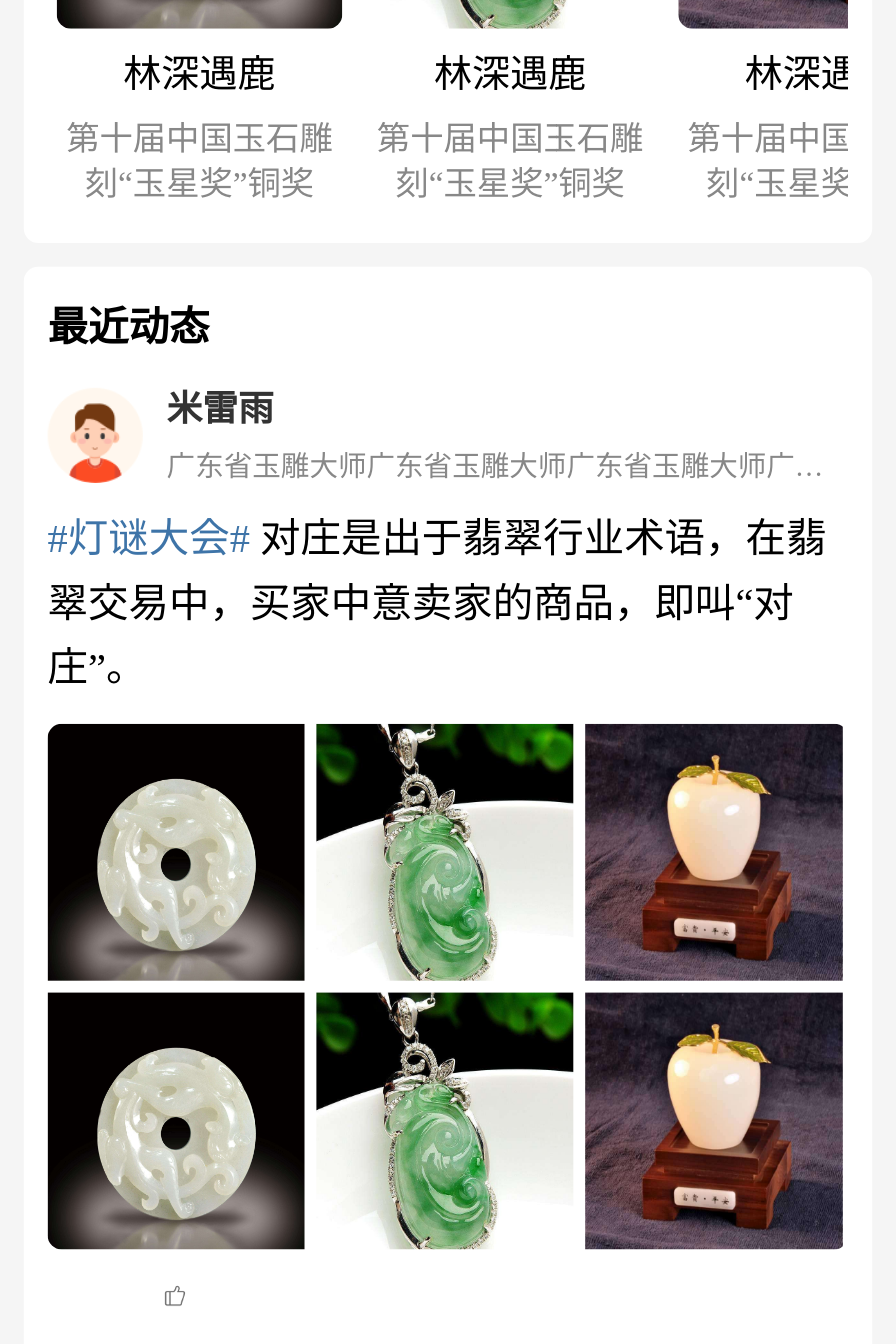
Repository: 1yanglulu/-
Page: html/jadecarvemaincenter.html
An editor plug-in stored every save of this project. The page is shown before and after the next save, followed by the edit.
The browser window is 1280 px wide. The pictures show the part of the page from y = 4580 to 6500 px (the page is 7224 px tall before and 7061 px after), at 70% of full size.

Above is the page before, as saved 2020-01-08 17:24:58.

After the next save:
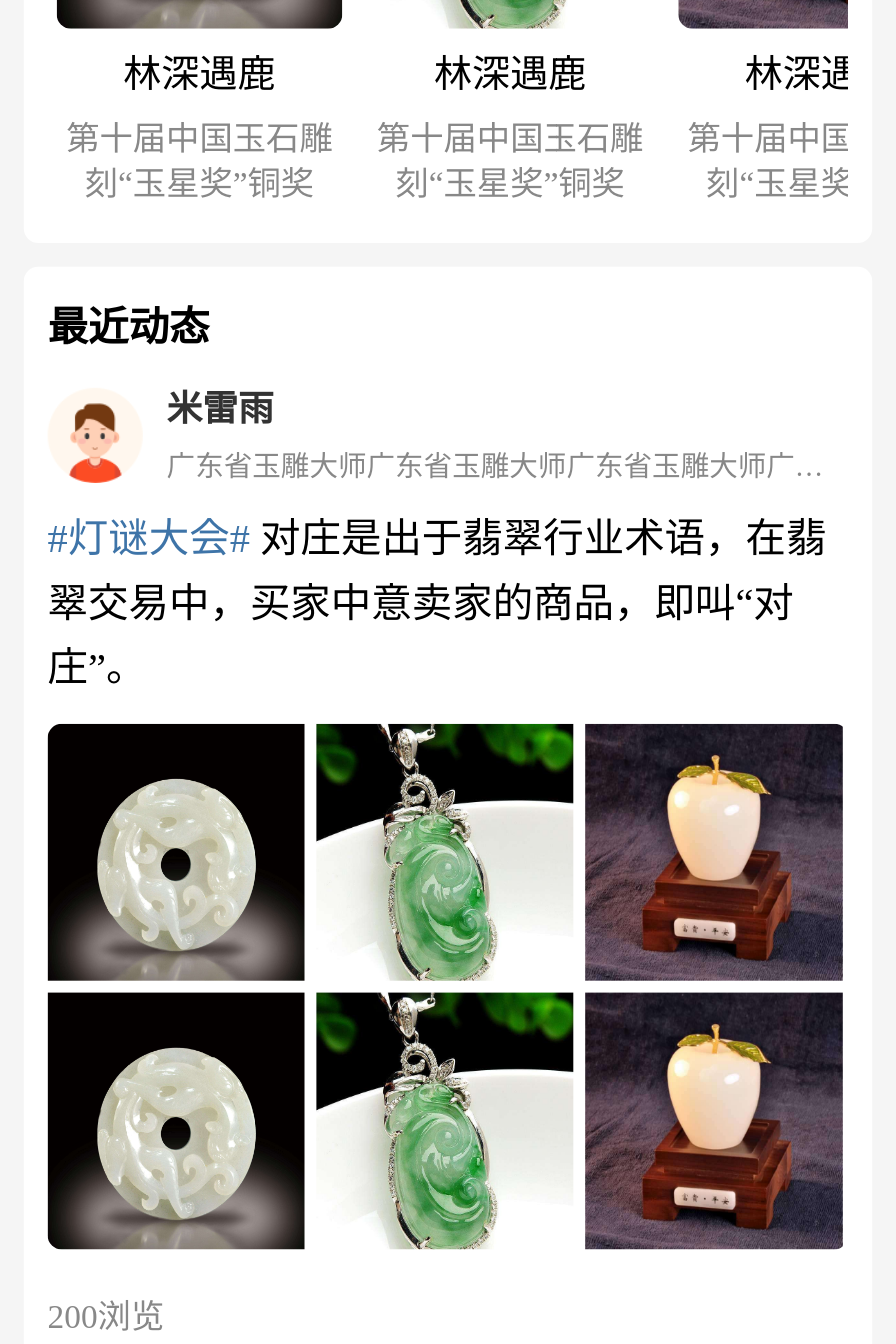
Saved 38 s later.
--- a/css/recentactive.css
+++ b/css/recentactive.css
@@ -143,5 +143,8 @@
   letter-spacing: 0;
 }
 .follow-num{
-  display: inline-block;
+  display: -webkit-box;
+  display: -ms-flexbox;
+  display: -webkit-flex;
+  display: flex;
 }

After the save that followed:
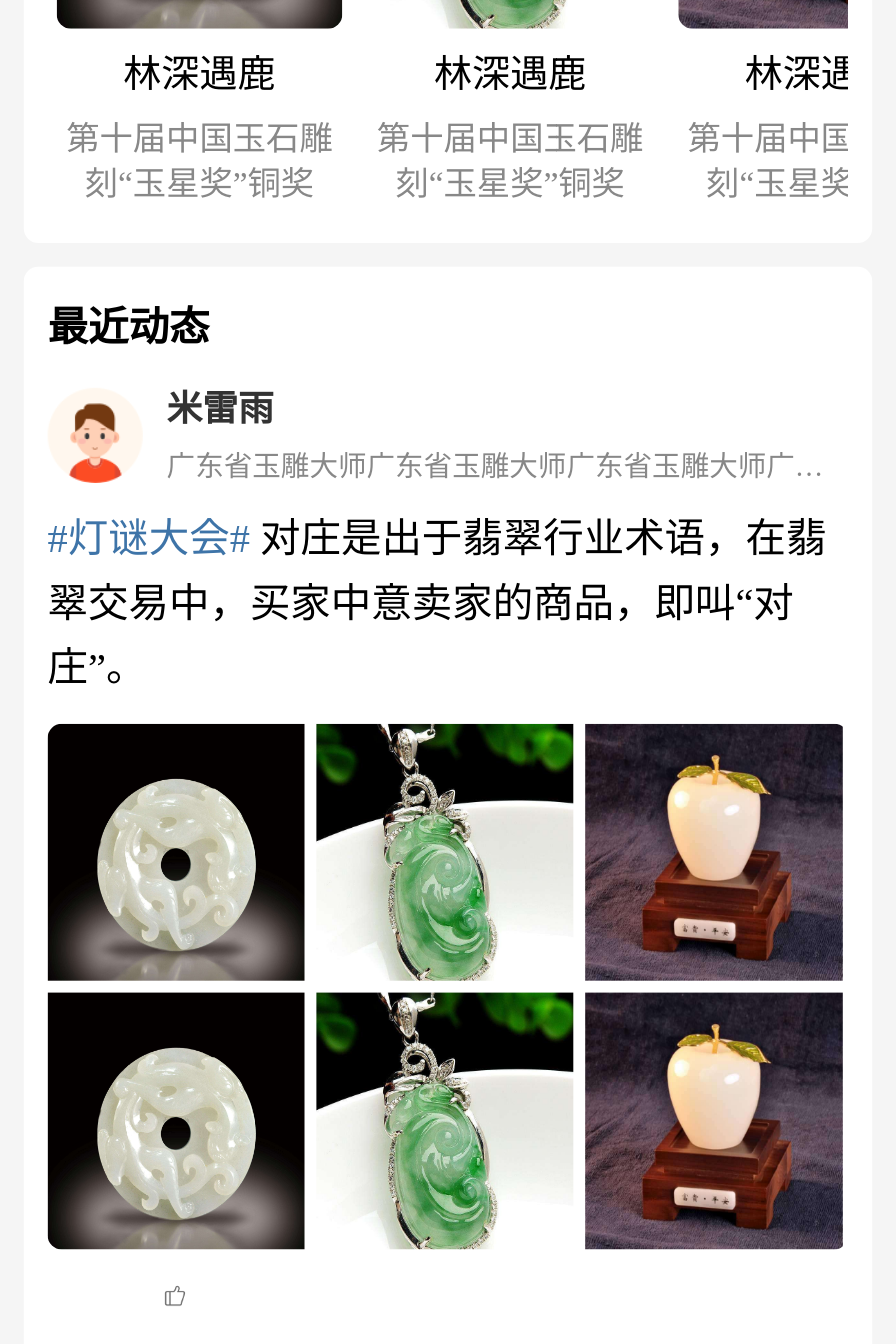
Saved 31 s later.
--- a/css/recentactive.css
+++ b/css/recentactive.css
@@ -147,4 +147,5 @@
   display: -ms-flexbox;
   display: -webkit-flex;
   display: flex;
+  display: inline-block;
 }
